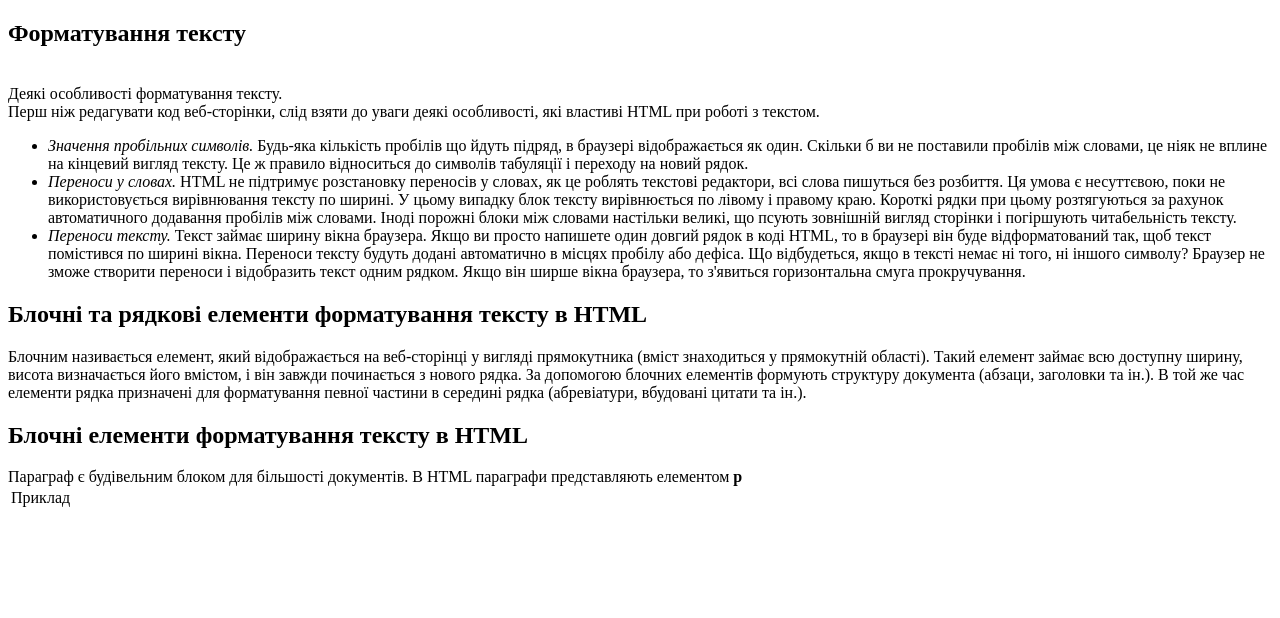
Repository: KseniaMakara/Web
Page: Web/directory.html
The author's editor kept a copy of each file at every save. The page is drawn from the files as they stood at one save, then again after the next save.
The browser window is 1280 px wide. The pictures show the whole page.

Above is the page before, as saved 2021-02-15 16:32:53.

### Web/directory.html

    <!doctype HTML>
    <html>
        <head>
           <title>First HTML</title>
        </head>
    <body>
        <h2>Форматування тексту </h2>
        <br>Деякі особливості форматування тексту.</br>
        Перш ніж редагувати код веб-сторінки, слід взяти до уваги деякі
        особливості, які властиві HTML при роботі з текстом.
        <ul>
        <li><dfn>Значення пробільних символів.</dfn> Будь-яка кількість пробілів що йдуть
        підряд, в браузері відображається як один. Скільки б ви не поставили пробілів
        між словами, це ніяк не вплине на кінцевий вигляд тексту. Це ж правило
        відноситься до символів табуляції і переходу на новий рядок.</li>
        <li><dfn>Переноси у словах.</dfn> HTML не підтримує розстановку переносів у
        словах, як це роблять текстові редактори, всі слова пишуться без розбиття. Ця
        умова є несуттєвою, поки не використовується вирівнювання тексту по ширині.
        У цьому випадку блок тексту вирівнюється по лівому і правому краю. Короткі
        рядки при цьому розтягуються за рахунок автоматичного додавання пробілів між
        словами. Іноді порожні блоки між словами настільки великі, що псують
        зовнішній вигляд сторінки і погіршують читабельність тексту.</li>
        <li><dfn>Переноси тексту. </dfn> Текст займає ширину вікна браузера. Якщо ви
        просто напишете один довгий рядок в коді HTML, то в браузері він буде
        відформатований так, щоб текст помістився по ширині вікна. Переноси тексту
        будуть додані автоматично в місцях пробілу або дефіса. Що відбудеться, якщо в
        тексті немає ні того, ні іншого символу? Браузер не зможе створити переноси і
        відобразить текст одним рядком. Якщо він ширше вікна браузера, то з'явиться
        горизонтальна смуга прокручування.</li>
        </ul>
        <h2><strong>Блочні та рядкові елементи форматування тексту в HTML</strong></h2>
        Блочним називається елемент, який відображається на веб-сторінці у вигляді
        прямокутника (вміст знаходиться у прямокутній області). Такий елемент займає
        всю доступну ширину, висота визначається його вмістом, і він завжди
        починається з нового рядка. За допомогою блочних елементів формують
        структуру документа (абзаци, заголовки та ін.). В той же час елементи рядка
        призначені для форматування певної частини в середині рядка (абревіатури,
        вбудовані цитати та ін.).
        <h2>Блочні елементи форматування тексту в HTML</h2>
        Параграф є будівельним блоком для більшості документів. В HTML
        параграфи представляють елементом <strong>p</strong>
        <table>
            <tr>
                <td> Приклад </td>
            </tr>

        </table>






</body>
    </html>

After the next save:
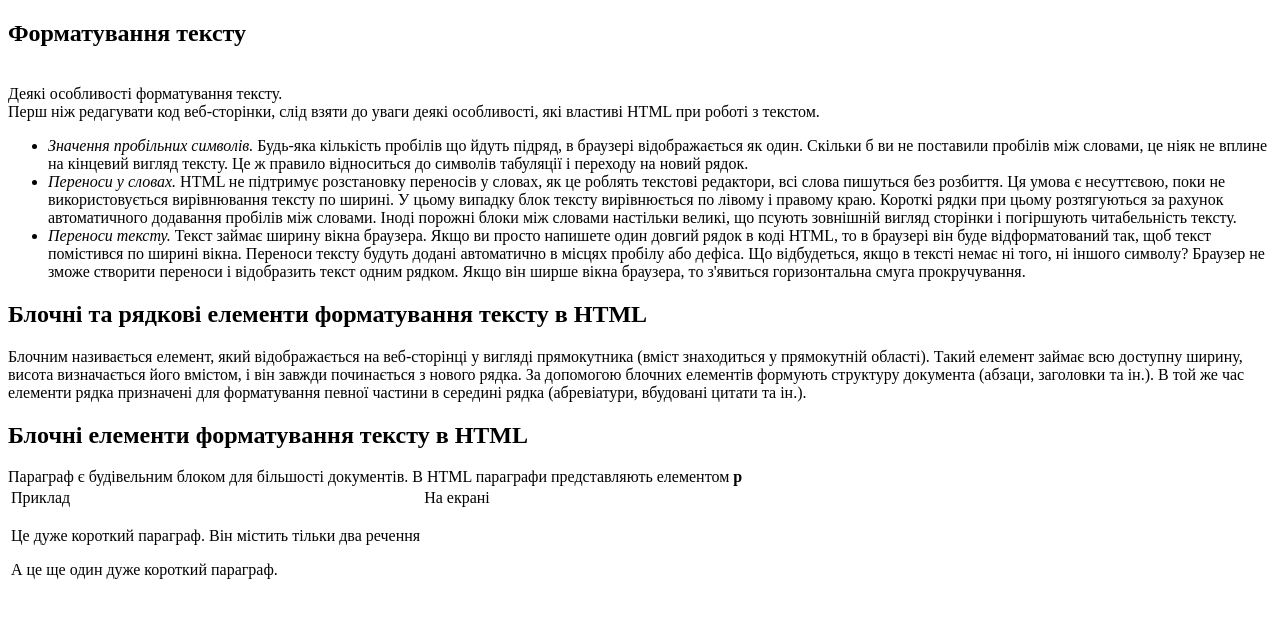
Saved 2 min 10 s later.
--- a/Web/directory.html
+++ b/Web/directory.html
@@ -43,6 +43,14 @@
         <table>
             <tr>
                 <td> Приклад </td>
+                <td> На екрані </td>
+            </tr>
+            <tr>
+                <td> <p>Це дуже короткий
+                    параграф. Він містить тільки
+                    два речення <strong></p></strong>
+                <p>А це ще один дуже
+                    короткий параграф. </p></td>
             </tr>
 
         </table>
